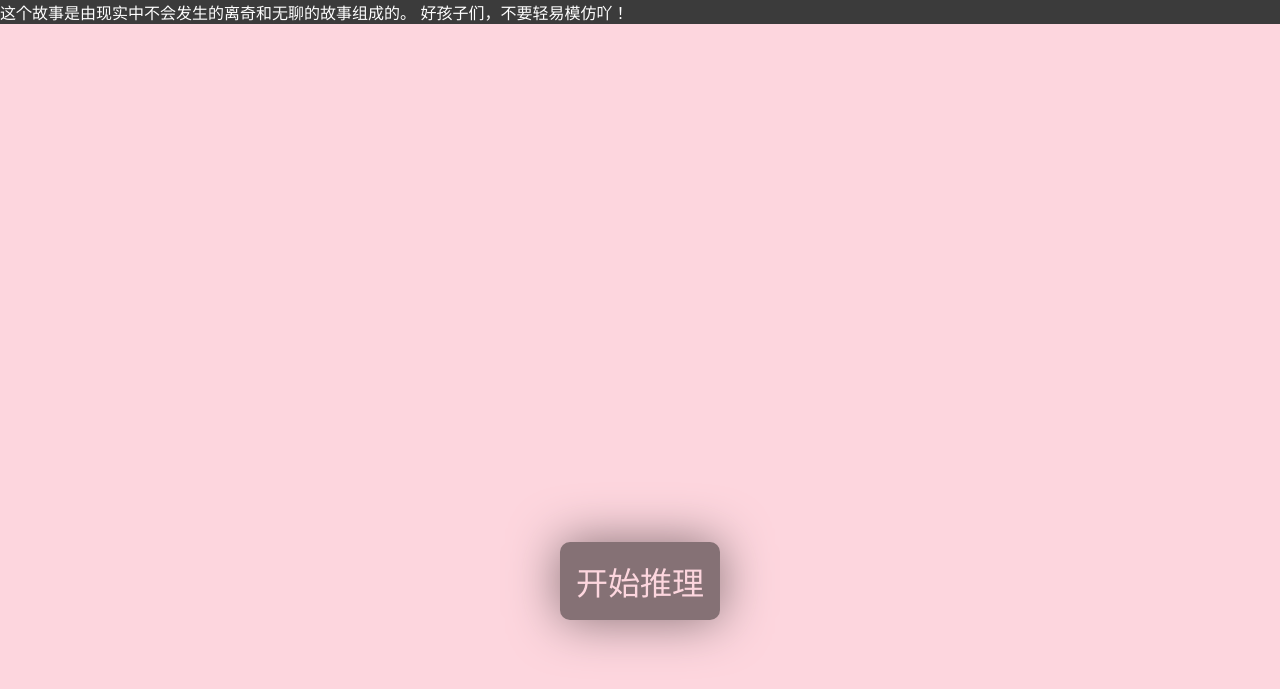
Repository: Jofali/reasoning-genius
Page: /
These files come from the project's save history. The page is drawn as it stood at one moment and after the next save; the edit follows.
The browser window is 1280 px wide. The pictures show the whole page.
The project was rebuilt for these pictures with package versions that can differ from the ones it lists, and the page was loaded fresh each time. Also part of the build but not shown: src/part1/part1.css, src/part1/part1.js, src/part2/part2.css, src/part2/part2.js, src/title/title.css, src/title/title.js, src/inventory/inventory.css, src/inventory/inventory.js and 2 more.

Above is the page before, as saved 2019-05-22 17:52:50.

After the next save:
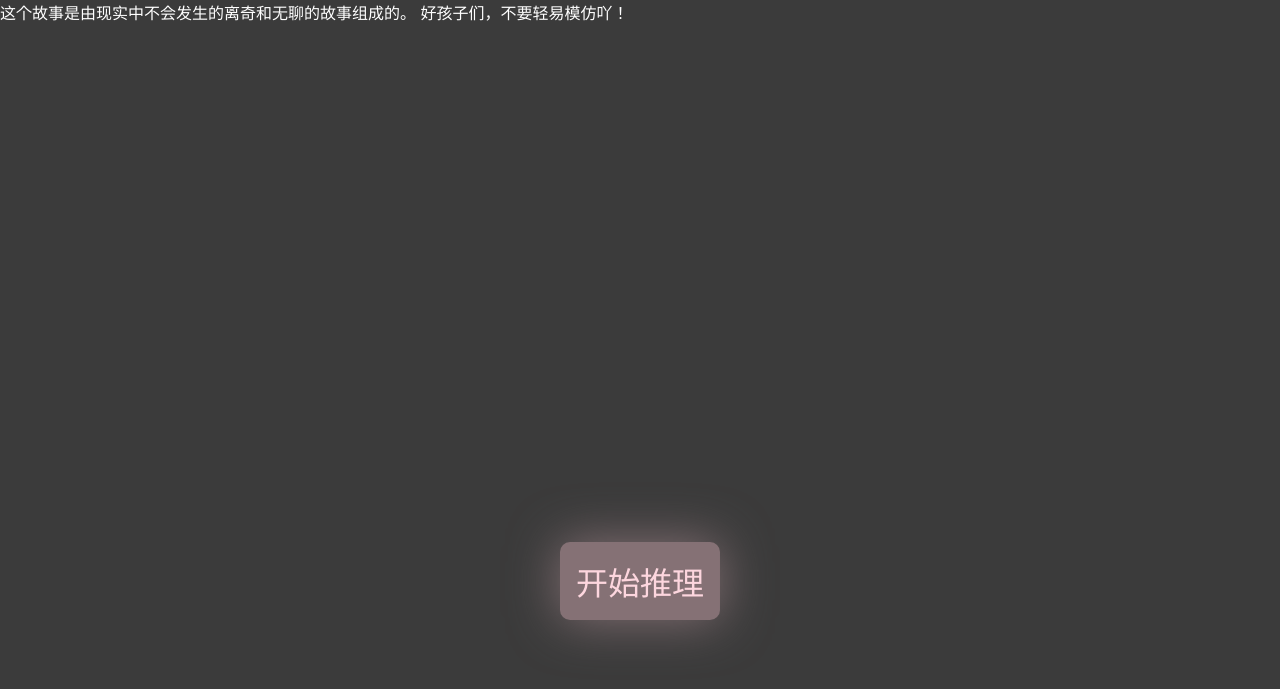
Saved 13 s later.
--- a/src/App.css
+++ b/src/App.css
@@ -3,6 +3,11 @@
   height: 100%;
   background: rgb(253,214,222);
   position: relative;
+}
+
+.App-wrap {
+  width: 100%;
+  height: 100%;
 }
 
 .App img {
